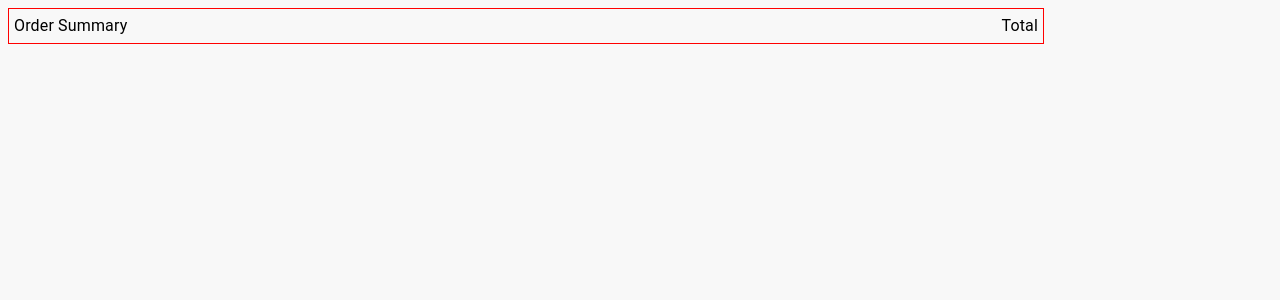
Repository: Armstrong2035/hng-project-two
Page: /checkout (app in timbu-store/)
The author's editor kept a copy of each file at every save. The page is drawn from the files as they stood at one save, then again after the next save.
The browser window is 1280 px wide. The pictures show the whole page.
The project was rebuilt for these pictures with package versions that can differ from the ones it lists, and the page was loaded fresh each time. The framework's server and built-in components were replaced by stand-ins that run in the browser. Also part of the build but not shown: timbu-store/next.config.mjs.

Above is the page before, as saved 2024-07-07 09:18:45.

After the next save:
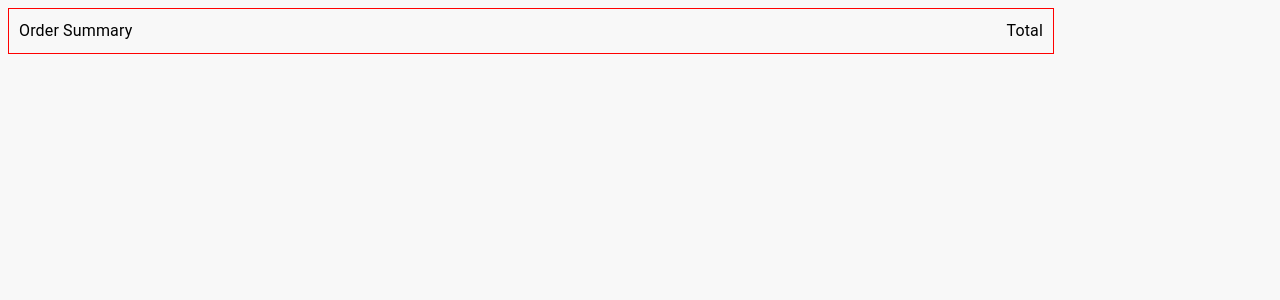
Saved 11 s later.
--- a/timbu-store/components/checkout/CheckOut.js
+++ b/timbu-store/components/checkout/CheckOut.js
@@ -15,7 +15,7 @@ export default function CheckOut() {
           border: "1px solid red",
           display: "flex",
           justifyContent: "space-between",
-          padding: "5px 5px",
+          padding: "10px 10px",
         }}
       >
         <Typography>Order Summary</Typography>
